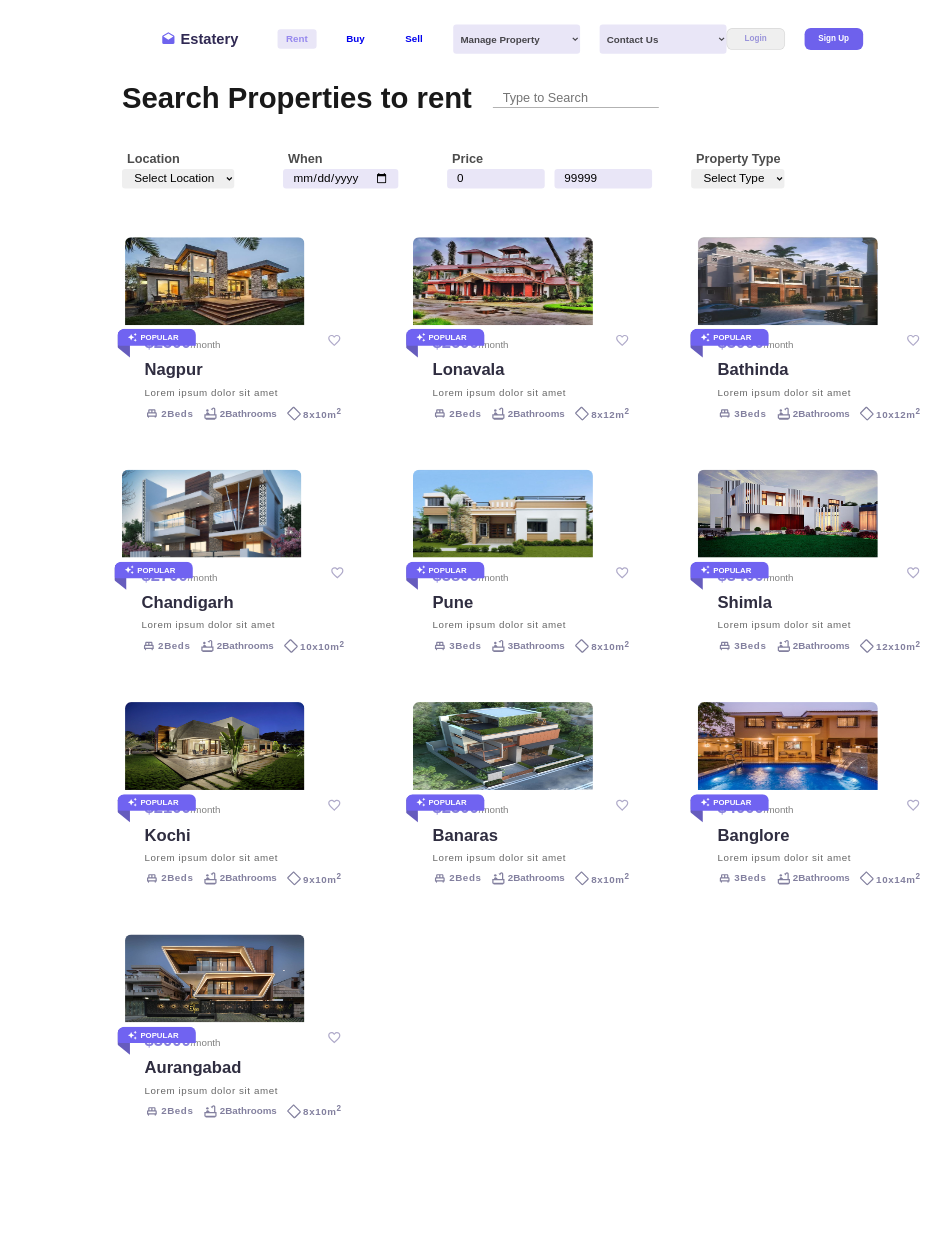
Repository: kapil4457/Reunion-Internship-Assignment
Page: /
These files come from the project's save history. The page is drawn as it stood at one moment and after the next save; the edit follows.
The browser window is 1280 px wide. The page is 1541 px wide, so the pictures cover 1541 px, including what lies to the right of the window. The pictures show the whole page, at 61% of full size.
The project was rebuilt for these pictures with package versions that can differ from the ones it lists, and the page was loaded fresh each time. Also part of the build but not shown: src/App.css.

Above is the page before, as saved 2022-10-07 20:33:12.

After the next save:
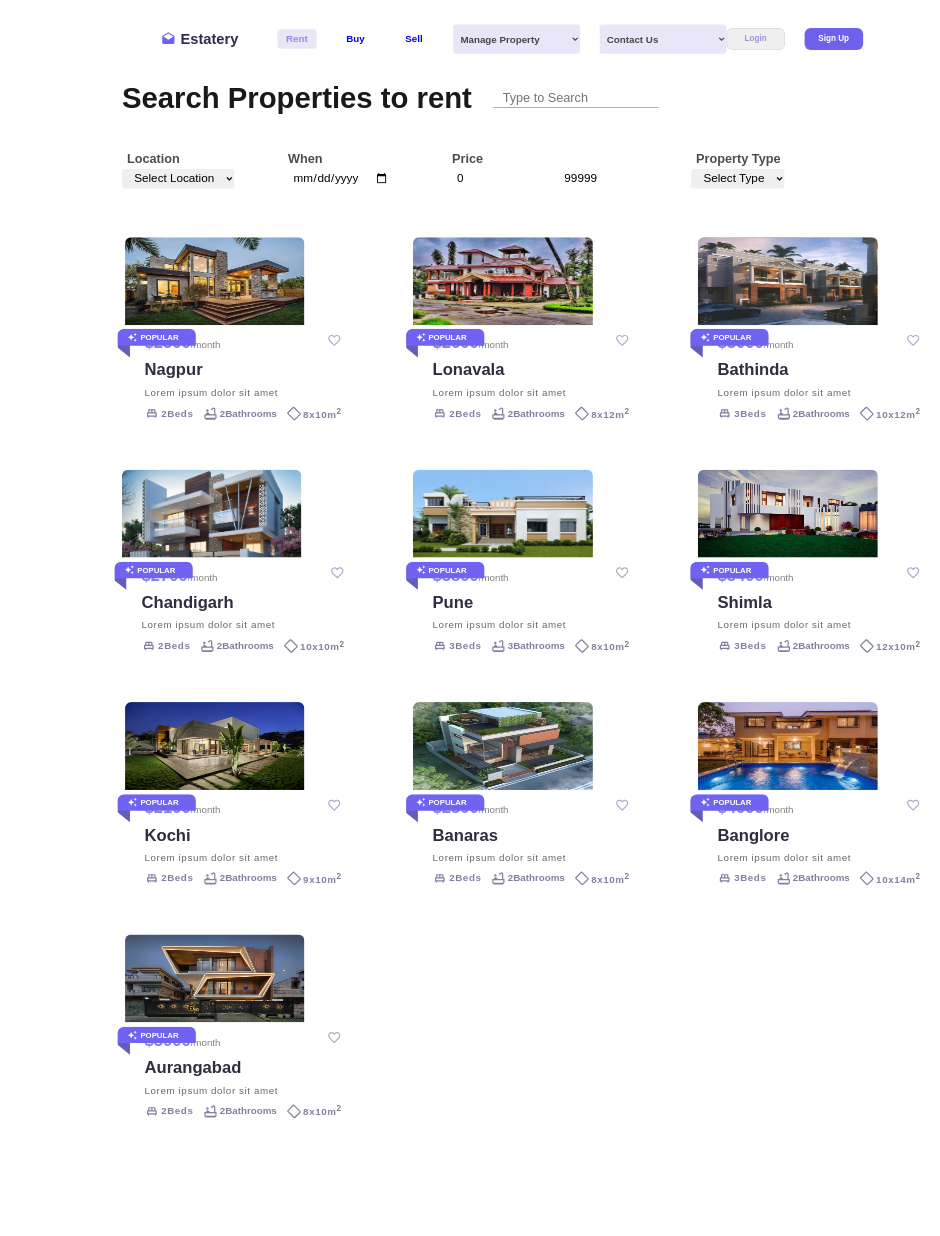
Saved 12 s later.
--- a/src/components/Rent/Rent.css
+++ b/src/components/Rent/Rent.css
@@ -37,7 +37,6 @@ body{
     border-radius:5px;
     border:none;
     outline:none;
-    /* background-color:rgb(233,230,247); */
     font-weight: 450;
 }
 .second > div >select >option{
@@ -51,7 +50,6 @@ body{
     outline:none;
     padding:0 1rem;
     font-weight: 450;
-    background-color:rgb(233,230,247);
 }
 
 .second > div >div{
